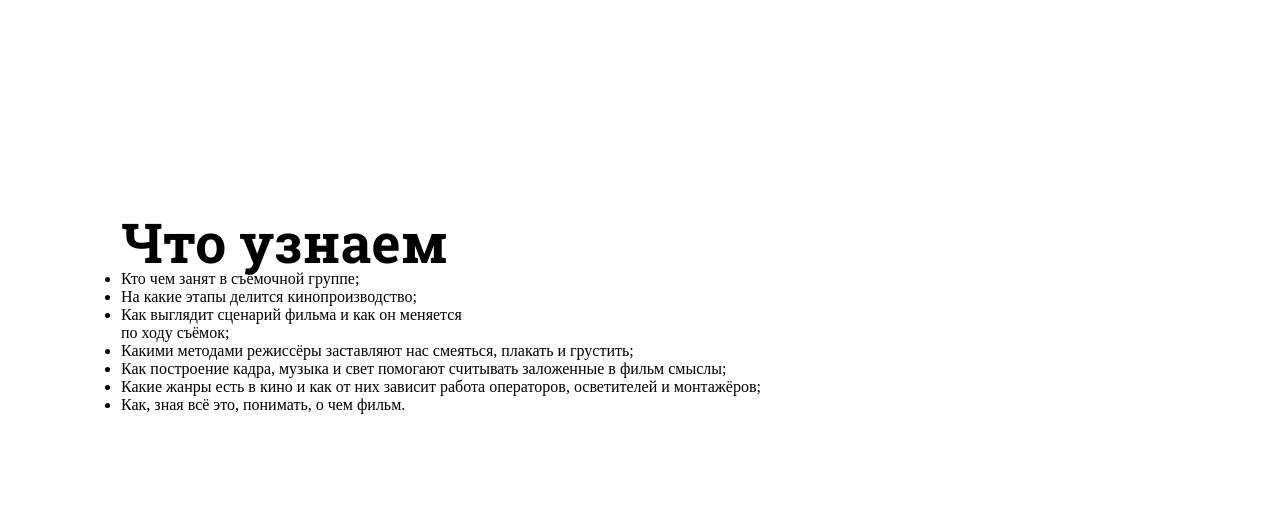
Repository: AytacSafarova/Figma--task
Page: index.html
An editor plug-in stored every save of this project. The page is shown before and after a run of saves, followed by the edit.
The browser window is 1280 px wide. The pictures show the whole page.

Above is the page before, as saved 2023-08-02 13:56:01.
Console error: ReferenceError: camelcase is not defined

### index.html
<!DOCTYPE html>
<html lang="en">

<head>
    <meta charset="UTF-8">
    <meta name="viewport" content="width=device-width, initial-scale=1.0">
    <title>Document</title>
    <link rel="stylesheet" href="./index.css">
</head>

<body>
    <div class="container">
        <h1>Что узнаем</h1>
        <ul>
            <li>Кто чем занят в съёмочной группе;</li>
            <li> На какие этапы делится кинопроизводство;</li>
            <li> Как выглядит сценарий фильма и как он меняется <br> по ходу съёмок; </li>
            <li> Какими методами режиссёры заставляют нас смеяться, плакать и грустить;</li>
            <li>Как построение кадра, музыка и свет помогают считывать заложенные в фильм смыслы;</li>
            <li>Какие жанры есть в кино и как от них зависит работа операторов, осветителей и монтажёров;</li>
            <li>Как, зная всё это, понимать, о чем фильм.</li>
        </ul>
    </div>
</body>
<script src="index.js"></script>

</html>

### index.css
@import url('https://fonts.googleapis.com/css2?family=Roboto+Slab:wght@700&display=swap');
* {
  margin: 0;
  padding: 0;
  box-sizing: border-box;
}
.container {
  padding: 214px 0 231px 121px;
}
.container h1 {
  color: #000;
  font-family: Roboto Slab;
  font-size: 55px;
  font-style: normal;
  font-weight: 700;
  line-height: 101.385%;
}
.c

### index.js
let a=4
a=a+2
a+=2
let userName
camelcase
// kebab case

After the next 4 saves:
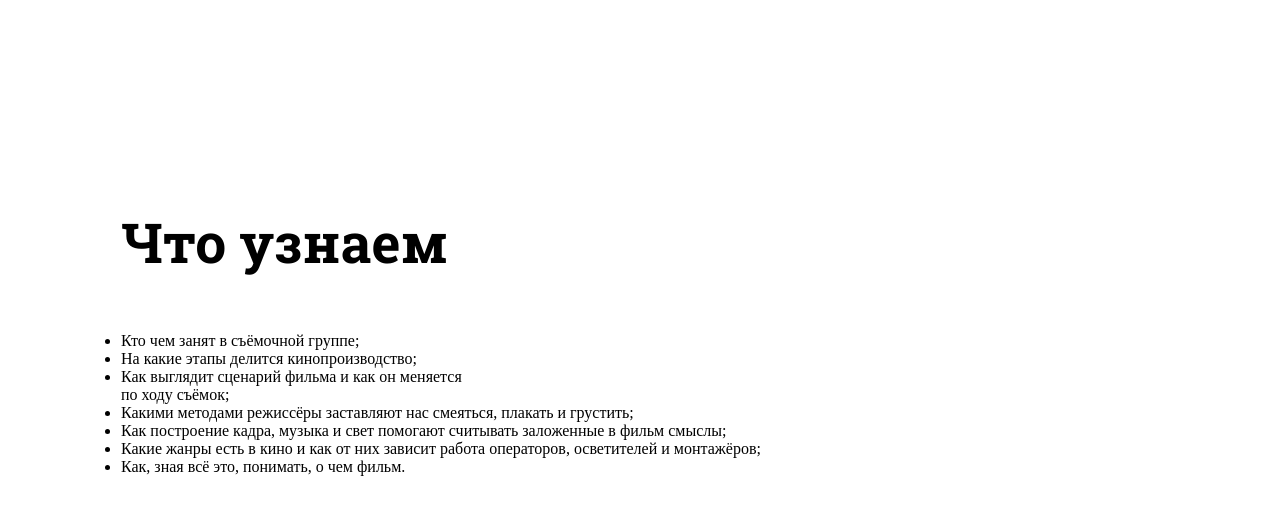
The 4 saves are shown as one change because they came seconds apart.
The last was saved 11 s later.
--- a/index.css
+++ b/index.css
@@ -15,4 +15,6 @@
   font-weight: 700;
   line-height: 101.385%;
 }
-.c
+.container ul{
+    margin-top: 62px;
+}
